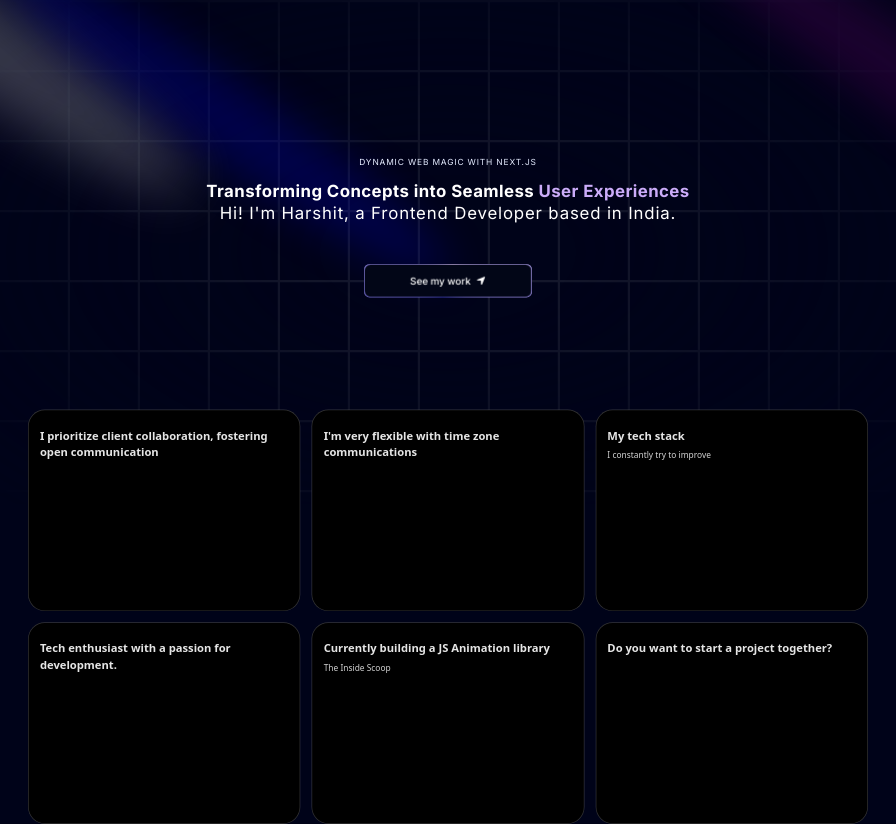
Repository: iharshitjaiswal/next_portfolio
Page: /
The author's editor kept a copy of each file at every save. The page is drawn from the files as they stood at one save, then again after the next save.
The browser window is 1280 px wide. The pictures show the part of the page from y = 0 to 1920 px (the page is 1177 px tall before and 4217 px after), at 70% of full size.
The project was rebuilt for these pictures with package versions that can differ from the ones it lists, and the page was loaded fresh each time. The framework's server and built-in components were replaced by stand-ins that run in the browser. Also part of the build but not shown: next.config.mjs.

Above is the page before, as saved 2024-05-25 11:45:42.

### app/layout.tsx
import type { Metadata } from "next";
import { Inter } from "next/font/google";
import React from "react";
import "./globals.css";
import { ThemeProvider } from "./theme-provider";

const inter = Inter({ subsets: ["latin"] });

export const metadata: Metadata = {
  title: "Harshit's Portfolio",
  description: "Modern & Minimalist Next Portfolio",
};

export default function RootLayout({
  children,
}: Readonly<{
  children: React.ReactNode;
}>) {
  return (
    <html lang="en">
      <body className={inter.className}>
        <ThemeProvider
          attribute="class"
          defaultTheme="dark"
          enableSystem
          disableTransitionOnChange
        >
          {children}
        </ThemeProvider>
      </body>
    </html>
  );
}

### app/page.tsx
"use client";
import Grid from "@/components/Grid";
import Hero from "@/components/Hero";
import { FloatingNav } from "@/components/ui/FloatingNav";
import React from "react";
import { FaHome } from "react-icons/fa";

const Home = () => {
  return (
    <main className="relative bg-black-100 flex justify-center text-white items-center flex-col overflow-hidden mx-auto sm:px-10 px-5">
      <div className="mx-w-7xl w-full">
        <FloatingNav
          navItems={[{ name: "Home", link: "/", icon: <FaHome /> }]}
        />
        <Hero />
        <Grid />
      </div>
    </main>
  );
};
export default Home;

### components/Grid.tsx
import React from "react";
import { BentoGrid, BentoGridItem } from "./ui/BentoGrid";
import { title } from "process";
import { gridItems } from "@/data";

const Grid = () => {
  return (
    <section id="about">
      <BentoGrid>
        {gridItems.map((item) => (
          <BentoGridItem
            id={item.id}
            key={item.id}
            title={item.title}
            description={item.description}
            className="item.className"
          />
        ))}
      </BentoGrid>
    </section>
  );
};

export default Grid;

### components/Hero.tsx
import React from "react";
import { Spotlight } from "./ui/Spotlight";
import { TextGenerateEffect } from "./ui/TextGenerate-Effect";
import MagicButton from "./MagicButton";
import { FaLocationArrow } from "react-icons/fa6";

const Hero = () => {
  return (
    <div className="pb-20 pt-36">
      <div>
        <Spotlight
          className="-top-40 -left-10 md:-left-32 md:-top-20 h-screen"
          fill="white"
        />
        <Spotlight
          className="top-10 left-full h-[80vh] w-[50vw]"
          fill="purple"
        />
        <Spotlight className="top-28 left-80 h-[80vh] w-[50vw]" fill="blue" />
      </div>
      <div className="h-screen w-full dark:bg-black-100 bg-white  dark:bg-grid-white/[0.08] bg-grid-black/[0.2]flex items-center justify-center absolute top-0 left-0">
        <div className="absolute pointer-events-none inset-0 flex items-center justify-center dark:bg-black-100  bg-white [mask-image:radial-gradient(ellipse_at_center,transparent_20%,black)]" />
      </div>
      <div className="flex justify-center relative my-20 z-10">
        <div className="max-w-[89vw] md:max-w-2xl lg:max-w-[60vw] flex flex-col items-center justify-center">
          <p className="uppercase tracking-widest text-xs text-center text-blue-100 max-w-80">
            Dynamic Web Magic with Next.js
          </p>
          <TextGenerateEffect
            words="Transforming Concepts into Seamless User Experiences"
            className="text-center text-[40px] md:text-5xl lg:text-6xl"
          />

          <p className="text-center md:tracking-wider mb-4 text-sm md:text-lg lg:text-2xl">
            Hi! I&apos;m Harshit, a Frontend Developer based in India.
          </p>

          <a href="#about">
            <MagicButton
              title="See my work"
              icon={<FaLocationArrow />}
              position="right"
            />
          </a>
        </div>
      </div>
    </div>
  );
};

export default Hero;

### components/ui/FloatingNav.tsx
"use client";
import React, { useState } from "react";
import {
  motion,
  AnimatePresence,
  useScroll,
  useMotionValueEvent,
} from "framer-motion";
import { cn } from "@/utils/cn";
import Link from "next/link";

export const FloatingNav = ({
  navItems,
  className,
}: {
  navItems: {
    name: string;
    link: string;
    icon?: JSX.Element;
  }[];
  className?: string;
}) => {
  const { scrollYProgress } = useScroll();

  const [visible, setVisible] = useState(false);

  useMotionValueEvent(scrollYProgress, "change", (current) => {
    // Check if current is not undefined and is a number
    if (typeof current === "number") {
      let direction = current! - scrollYProgress.getPrevious()!;

      if (scrollYProgress.get() < 0.05) {
        setVisible(false);
      } else {
        if (direction < 0) {
          setVisible(true);
        } else {
          setVisible(false);
        }
      }
    }
  });

  return (
    <AnimatePresence mode="wait">
      <motion.div
        initial={{
          opacity: 1,
          y: -100,
        }}
        animate={{
          y: visible ? 0 : -100,
          opacity: visible ? 1 : 0,
        }}
        transition={{
          duration: 0.2,
        }}
        className={cn(
          "flex max-w-fit  fixed top-10 inset-x-0 mx-auto border border-transparent dark:border-white/[0.2] rounded-full dark:bg-black bg-white shadow-[0px_2px_3px_-1px_rgba(0,0,0,0.1),0px_1px_0px_0px_rgba(25,28,33,0.02),0px_0px_0px_1px_rgba(25,28,33,0.08)] z-[5000] pr-2 pl-8 py-2  items-center justify-center space-x-4",
          className
        )}
      >
        {navItems.map((navItem: any, idx: number) => (
          <Link
            key={`link=${idx}`}
            href={navItem.link}
            className={cn(
              "relative dark:text-neutral-50 items-center flex space-x-1 text-neutral-600 dark:hover:text-neutral-300 hover:text-neutral-500"
            )}
          >
            <span className="block sm:hidden">{navItem.icon}</span>
            <span className="hidden sm:block text-sm">{navItem.name}</span>
          </Link>
        ))}
        <button className="border text-sm font-medium relative border-neutral-200 dark:border-white/[0.2] text-black dark:text-white px-4 py-2 rounded-full">
          <span>Login</span>
          <span className="absolute inset-x-0 w-1/2 mx-auto -bottom-px bg-gradient-to-r from-transparent via-blue-500 to-transparent  h-px" />
        </button>
      </motion.div>
    </AnimatePresence>
  );
};

### components/ui/BentoGrid.tsx
import { cn } from "@/utils/cn";

export const BentoGrid = ({
  className,
  children,
}: {
  className?: string;
  children?: React.ReactNode;
}) => {
  return (
    <div
      className={cn(
        "grid md:auto-rows-[18rem] grid-cols-1 md:grid-cols-3 gap-4 max-w-7xl mx-auto ",
        className
      )}
    >
      {children}
    </div>
  );
};

export const BentoGridItem = ({
  className,
  title,
  description,
  header,
  icon,
  id,
}: {
  className?: string;
  title?: string | React.ReactNode;
  description?: string | React.ReactNode;
  header?: React.ReactNode;
  icon?: React.ReactNode;
  id?: number;
}) => {
  return (
    <div
      className={cn(
        "row-span-1 relative rounded-3xl group/bento hover:shadow-xl transition duration-200 shadow-input dark:shadow-none p-4 dark:bg-black dark:border-white/[0.2] bg-white border border-transparent justify-between flex flex-col space-y-4 border-red-500",
        className
      )}
    >
      {header}
      <div className="group-hover/bento:translate-x-2 transition duration-200">
        {icon}
        <div className="font-sans font-bold text-neutral-600 dark:text-neutral-200 mb-2 mt-2">
          {title}
        </div>
        <div className="font-sans font-normal text-neutral-600 text-xs dark:text-neutral-300">
          {description}
        </div>
      </div>
    </div>
  );
};

### components/ui/Spotlight.tsx
import React from "react";
import { cn } from "@/utils/cn";

type SpotlightProps = {
  className?: string;
  fill?: string;
};

export const Spotlight = ({ className, fill }: SpotlightProps) => {
  return (
    <svg
      className={cn(
        "animate-spotlight pointer-events-none absolute z-[1]  h-[169%] w-[138%] lg:w-[84%] opacity-0",
        className
      )}
      xmlns="http://www.w3.org/2000/svg"
      viewBox="0 0 3787 2842"
      fill="none"
    >
      <g filter="url(#filter)">
        <ellipse
          cx="1924.71"
          cy="273.501"
          rx="1924.71"
          ry="273.501"
          transform="matrix(-0.822377 -0.568943 -0.568943 0.822377 3631.88 2291.09)"
          fill={fill || "white"}
          fillOpacity="0.21"
        ></ellipse>
      </g>
      <defs>
        <filter
          id="filter"
          x="0.860352"
          y="0.838989"
          width="3785.16"
          height="2840.26"
          filterUnits="userSpaceOnUse"
          colorInterpolationFilters="sRGB"
        >
          <feFlood floodOpacity="0" result="BackgroundImageFix"></feFlood>
          <feBlend
            mode="normal"
            in="SourceGraphic"
            in2="BackgroundImageFix"
            result="shape"
          ></feBlend>
          <feGaussianBlur
            stdDeviation="151"
            result="effect1_foregroundBlur_1065_8"
          ></feGaussianBlur>
        </filter>
      </defs>
    </svg>
  );
};

### components/ui/TextGenerate-Effect.tsx
"use client";
import { useEffect } from "react";
import { motion, stagger, useAnimate } from "framer-motion";
import { cn } from "@/utils/cn";

export const TextGenerateEffect = ({
  words,
  className,
}: {
  words: string;
  className?: string;
}) => {
  const [scope, animate] = useAnimate();
  let wordsArray = words.split(" ");
  useEffect(() => {
    animate(
      "span",
      {
        opacity: 1,
      },
      {
        duration: 2,
        delay: stagger(0.2),
      }
    );
  }, [scope.current]);

  const renderWords = () => {
    return (
      <motion.div ref={scope}>
        {wordsArray.map((word, idx) => {
          return (
            <motion.span
              key={word + idx}
              className={` ${
                idx > 3 ? "text-purple" : "dark:text-white text-black"
              } opacity-0`}
            >
              {word}{" "}
            </motion.span>
          );
        })}
      </motion.div>
    );
  };

  return (
    <div className={cn("font-bold", className)}>
      <div className="mt-4">
        <div className=" dark:text-white text-black text-2xl leading-snug tracking-wide">
          {renderWords()}
        </div>
      </div>
    </div>
  );
};

### components/MagicButton.tsx
import React from "react";

const MagicButton = ({
  title,
  icon,
  position,
  handleClick,
  otherClasses,
}: {
  title: string;
  icon: React.ReactNode;
  position: string;
  handleClick?: () => void;
  otherClasses?: string;
}) => {
  return (
    <button
      className="relative inline-flex h-12 w-full md:w-60 md:mt-10 overflow-hidden rounded-lg p-[1px] focus:outline-none"
      onClick={handleClick}
    >
      <span className="absolute inset-[-1000%] animate-[spin_2s_linear_infinite] bg-[conic-gradient(from_90deg_at_50%_50%,#E2CBFF_0%,#393BB2_50%,#E2CBFF_100%)]" />

      {/* remove px-3 py-1, add px-5 gap-2 */}
      <span
        className={`inline-flex h-full w-full cursor-pointer items-center justify-center rounded-lg
             bg-slate-950 px-7 text-sm font-medium text-white backdrop-blur-3xl gap-2 ${otherClasses}`}
      >
        {position === "left" && icon}
        {title}
        {position === "right" && icon}
      </span>
    </button>
  );
};

export default MagicButton;

### tailwind.config.ts
import type { Config } from "tailwindcss";
const  svgToDataUri = require("mini-svg-data-uri");
const {
  default: flattenColorPalette,
} = require("tailwindcss/lib/util/flattenColorPalette");

const config = {
  darkMode: ["class"],
  content: [
    "./pages/**/*.{ts,tsx}",
    "./components/**/*.{ts,tsx}",
    "./app/**/*.{ts,tsx}",
    "./src/**/*.{ts,tsx}",
    "./data/**/*.{ts,tsx}",
  ],
  prefix: "",
  theme: {
    container: {
      center: true,
      padding: "2rem",
      screens: {
        "2xl": "1400px",
      },
    },
    extend: {
      colors: {
        black: {
          DEFAULT: "#000",
          100: "#000319",
          200: "rgba(17, 25, 40, 0.75)",
          300: "rgba(255, 255, 255, 0.125)",
        },
        white: {
          DEFAULT: "#FFF",
          100: "#BEC1DD",
          200: "#C1C2D3",
        },
        blue: {
          100: "#E4ECFF",
        },
        purple: "#CBACF9",
        border: "hsl(var(--border))",
        input: "hsl(var(--input))",
        ring: "hsl(var(--ring))",
        background: "hsl(var(--background))",
        foreground: "hsl(var(--foreground))",
        primary: {
          DEFAULT: "hsl(var(--primary))",
          foreground: "hsl(var(--primary-foreground))",
        },
        secondary: {
          DEFAULT: "hsl(var(--secondary))",
          foreground: "hsl(var(--secondary-foreground))",
        },
        destructive: {
          DEFAULT: "hsl(var(--destructive))",
          foreground: "hsl(var(--destructive-foreground))",
        },
        muted: {
          DEFAULT: "hsl(var(--muted))",
          foreground: "hsl(var(--muted-foreground))",
        },
        accent: {
          DEFAULT: "hsl(var(--accent))",
          foreground: "hsl(var(--accent-foreground))",
        },
        popover: {
          DEFAULT: "hsl(var(--popover))",
          foreground: "hsl(var(--popover-foreground))",
        },
        card: {
          DEFAULT: "hsl(var(--card))",
          foreground: "hsl(var(--card-foreground))",
        },
      },
      borderRadius: {
        lg: "var(--radius)",
        md: "calc(var(--radius) - 2px)",
        sm: "calc(var(--radius) - 4px)",
      },
      keyframes: {
        "accordion-down": {
          from: { height: "0" },
          to: { height: "var(--radix-accordion-content-height)" },
        },
        "accordion-up": {
          from: { height: "var(--radix-accordion-content-height)" },
          to: { height: "0" },
        },
        spotlight: {
          "0%": {
            opacity: "0",
            transform: "translate(-72%, -62%) scale(0.5)",
          },
          "100%": {
            opacity: "1",
            transform: "translate(-50%,-40%) scale(1)",
          },
        },
        shimmer: {
          from: {
            backgroundPosition: "0 0",
          },
          to: {
            backgroundPosition: "-200% 0",
          },
        },
        moveHorizontal: {
          "0%": {
            transform: "translateX(-50%) translateY(-10%)",
          },
          "50%": {
            transform: "translateX(50%) translateY(10%)",
          },
          "100%": {
            transform: "translateX(-50%) translateY(-10%)",
          },
        },
        moveInCircle: {
          "0%": {
            transform: "rotate(0deg)",
          },
          "50%": {
            transform: "rotate(180deg)",
          },
          "100%": {
            transform: "rotate(360deg)",
          },
        },
        moveVertical: {
          "0%": {
            transform: "translateY(-50%)",
          },
          "50%": {
            transform: "translateY(50%)",
          },
          "100%": {
            transform: "translateY(-50%)",
          },
        },
        scroll: {
          to: {
            transform: "translate(calc(-50% - 0.5rem))",
          },
        },
      },
      animation: {
        "accordion-down": "accordion-down 0.2s ease-out",
        "accordion-up": "accordion-up 0.2s ease-out",
        spotlight: "spotlight 2s ease .75s 1 forwards",
        shimmer: "shimmer 2s linear infinite",
        first: "moveVertical 30s ease infinite",
        second: "moveInCircle 20s reverse infinite",
        third: "moveInCircle 40s linear infinite",
        fourth: "moveHorizontal 40s ease infinite",
        fifth: "moveInCircle 20s ease infinite",
        scroll:
          "scroll var(--animation-duration, 40s) var(--animation-direction, forwards) linear infinite",
      },
    },
  },
  plugins: [
    require("tailwindcss-animate"),
    addVariablesForColors,
    function ({ matchUtilities, theme }: any) {
      matchUtilities(
        {
          "bg-grid": (value: any) => ({
            backgroundImage: `url("${svgToDataUri(
              `<svg xmlns="http://www.w3.org/2000/svg" viewBox="0 0 32 32" width="100" height="100" fill="none" stroke="${value}"><path d="M0 .5H31.5V32"/></svg>`
            )}")`,
          }),
          "bg-grid-small": (value: any) => ({
            backgroundImage: `url("${svgToDataUri(
              `<svg xmlns="http://www.w3.org/2000/svg" viewBox="0 0 32 32" width="8" height="8" fill="none" stroke="${value}"><path d="M0 .5H31.5V32"/></svg>`
            )}")`,
          }),
          "bg-dot": (value: any) => ({
            backgroundImage: `url("${svgToDataUri(
              `<svg xmlns="http://www.w3.org/2000/svg" viewBox="0 0 32 32" width="16" height="16" fill="none"><circle fill="${value}" id="pattern-circle" cx="10" cy="10" r="1.6257413380501518"></circle></svg>`
            )}")`,
          }),
        },
        { values: flattenColorPalette(theme("backgroundColor")), type: "color" }
      );
    },
  ],
};
function addVariablesForColors({ addBase, theme }: any) {
  let allColors = flattenColorPalette(theme("colors"));
  let newVars = Object.fromEntries(
    Object.entries(allColors).map(([key, val]) => [`--${key}`, val])
  );

  addBase({
    ":root": newVars,
  });
}

export default config;

Loaded but not shown: app/globals.css (common file); app/theme-provider.tsx (common file); data/index.ts (common file); utils/cn.ts (common file)

After the next save:
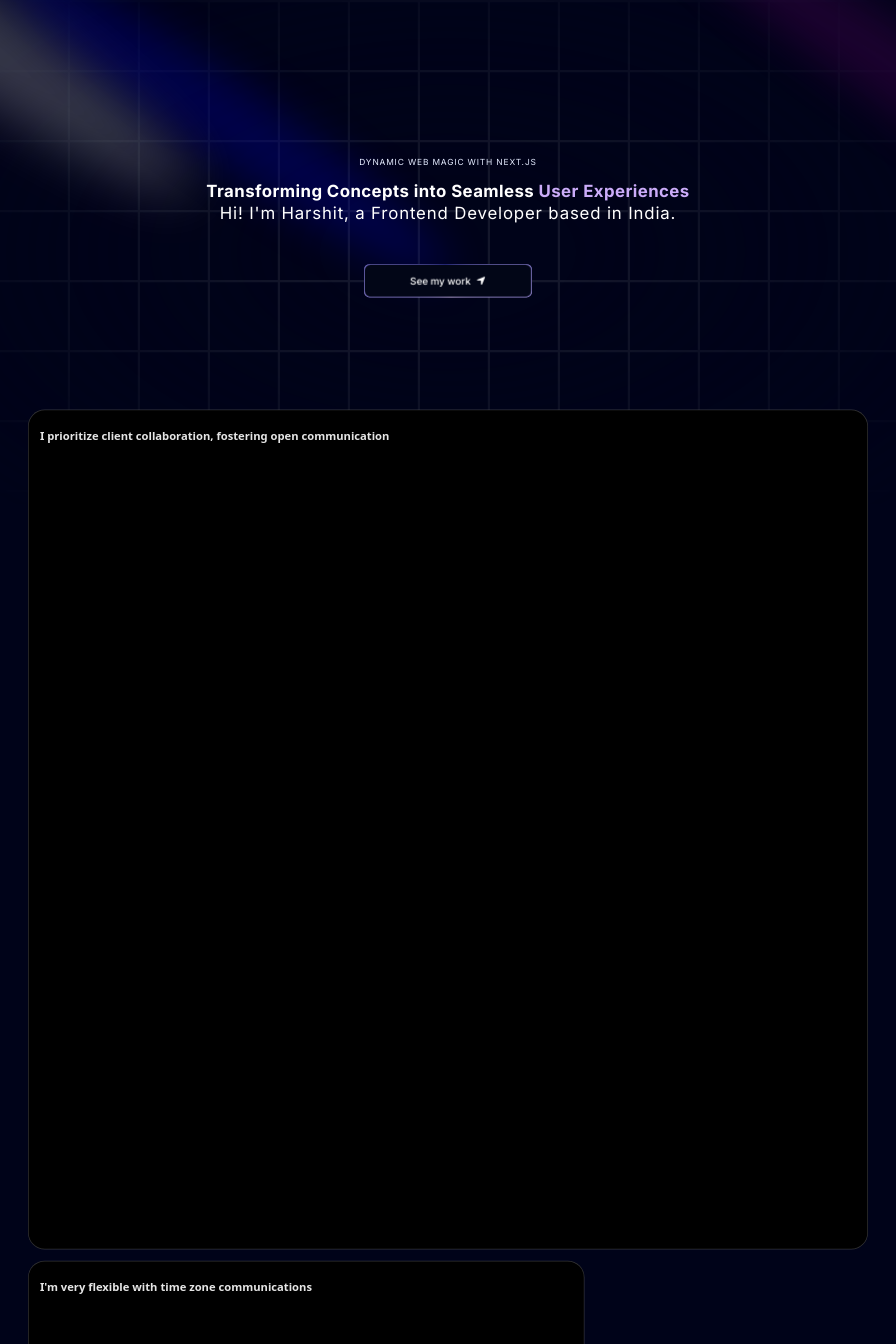
Saved 41 s later.
--- a/components/Grid.tsx
+++ b/components/Grid.tsx
@@ -13,7 +13,7 @@
             key={item.id}
             title={item.title}
             description={item.description}
-            className="item.className"
+            className={item.className}
           />
         ))}
       </BentoGrid>
